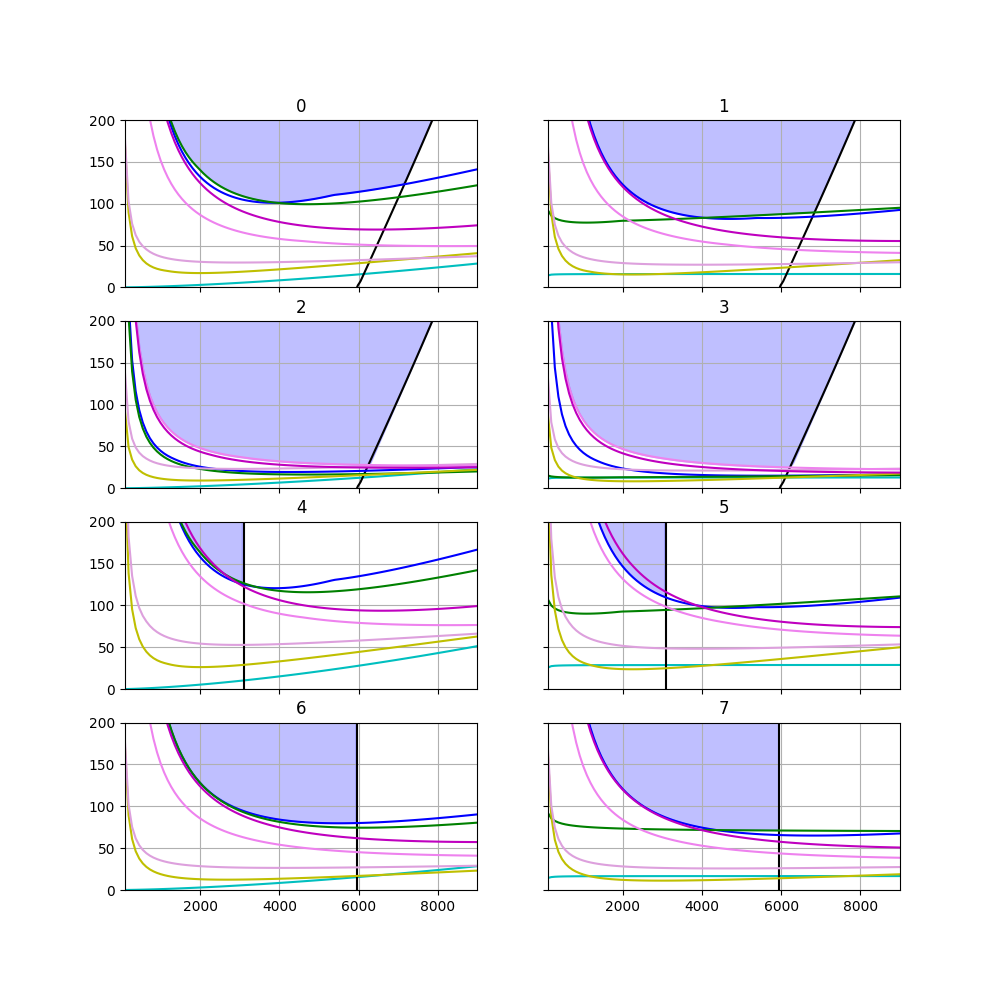
Repository: 12libao/DEA
Script's output: python Sizing_Method/ConstrainsAnalysis/ConstrainsAnalysisPDP1P2.py
The author's editor kept a copy of each file at every save. The script's output is drawn from the files as they stood at one save, then again after a run of saves.
Random numbers start from a fixed seed.

Above is the script's output before, as saved 2021-07-12 15:23:41.

### Sizing_Method/ConstrainsAnalysis/ConstrainsAnalysisPDP1P2.py
# author: Bao Li #
# Georgia Institute of Technology #
import sys
import os

sys.path.insert(0, os.getcwd())

import numpy as np
import matplotlib.pylab as plt
import Sizing_Method.Other.US_Standard_Atmosphere_1976 as atm
import Sizing_Method.Aerodynamics.ThrustLapse as thrust_lapse
import Sizing_Method.Aerodynamics.Aerodynamics as ad
import Sizing_Method.ConstrainsAnalysis.ConstrainsAnalysis as ca


"""
The unit use is IS standard
"""


class ConstrainsAnalysis_Mattingly_Method_with_DP_turbofun:
    """This is a power-based master constraints analysis"""

    def __init__(self, altitude, velocity, beta, wing_load, Hp=0.5, number_of_motor=12, C_DR=0):
        """

        :param beta: weight fraction
        :param Hp: P_motor/P_total
        :param n: number of motor
        :param K1: drag polar coefficient for 2nd order term
        :param K2: drag polar coefficient for 1st order term
        :param C_D0: the drag coefficient at zero lift
        :param C_DR: additional drag caused, for example, by external stores,
        braking parachutes or flaps, or temporary external hardware

        :return:
            power load: P_WTO
        """

        self.h = altitude
        self.v = velocity
        self.rho = atm.atmosphere(geometric_altitude=self.h).density()

        self.beta = beta
        self.hp = 1 - Hp
        self.n = number_of_motor

        # power lapse ratio
        self.alpha = thrust_lapse.thrust_lapse_calculation(altitude=self.h,
                                                           velocity=self.v).high_bypass_ratio_turbofan()

        self.k1 = ad.aerodynamics_without_pd(self.h, self.v).K1()
        self.k2 = ad.aerodynamics_without_pd(self.h, self.v).K2()
        self.cd0 = ad.aerodynamics_without_pd(self.h, self.v).CD_0()
        self.cdr = C_DR

        self.w_s = wing_load
        self.g0 = 9.80665

        self.coefficient = self.beta * self.v / self.alpha

        # Estimation of ΔCL and ΔCD
        pd = ad.aerodynamics_with_pd(
            self.h, self.v, Hp=self.hp, n=n, W_S=self.w_s)
        self.q = 0.5 * self.rho * self.v ** 2
        self.cl = self.beta * self.w_s / self.q
        # print(self.cl)
        self.delta_cl = pd.delta_lift_coefficient(self.cl)
        self.delta_cd0 = pd.delta_CD_0()

    def master_equation(self, n, dh_dt, dV_dt):
        cl = self.cl * n + self.delta_cl

        cd = self.k1 * cl ** 2 + self.k2 * cl + self.cd0 + self.cdr + self.delta_cd0
        p_w = self.coefficient * \
            (self.q / (self.beta * self.w_s) *
             cd + dh_dt / self.v + dV_dt / self.g0)
        return p_w

    def cruise(self):
        p_w = ConstrainsAnalysis_Mattingly_Method_with_DP_turbofun.master_equation(
            self, n=1, dh_dt=0, dV_dt=0)
        return p_w

    def climb(self, roc):
        p_w = ConstrainsAnalysis_Mattingly_Method_with_DP_turbofun.master_equation(
            self, n=1, dh_dt=roc, dV_dt=0)
        return p_w

    def level_turn(self, turn_rate=3, v=100):
        """
        assume 2 min for 360 degree turn, which is 3 degree/seconds
        assume turn at 300 knots, which is about 150 m/s
        """
        load_factor = (1 + ((turn_rate * np.pi / 180)
                       * v / self.g0) ** 2) ** 0.5
        p_w = ConstrainsAnalysis_Mattingly_Method_with_DP_turbofun.master_equation(
            self, n=load_factor, dh_dt=0, dV_dt=0)
        return p_w

    def take_off(self):
        """
        A320neo take-off speed is about 150 knots, which is about 75 m/s
        required runway length is about 2000 m
        K_TO is a constant greater than one set to 1.2 (generally specified by appropriate flying regulations)
        """
        Cl_max_to = 2.3  # 2.3
        K_TO = 1.2  # V_TO / V_stall
        s_G = 1266
        p_w = 2 / 3 * self.coefficient / self.v * self.beta * K_TO ** 2 / (
            s_G * self.rho * self.g0 * Cl_max_to) * self.w_s ** (
            3 / 2)
        return p_w

    def stall_speed(self, V_stall_to=65, Cl_max_to=2.3):
        V_stall_ld = 62

        Cl_max_ld = 2.87

        W_S_1 = 1 / 2 * self.rho * V_stall_to ** 2 * \
            (Cl_max_to + self.delta_cl)
        W_S_2 = 1 / 2 * self.rho * V_stall_ld ** 2 * \
            (Cl_max_ld + self.delta_cl)

        W_S = min(W_S_1, W_S_2)
        return W_S

    def service_ceiling(self, roc=0.5):
        p_w = ConstrainsAnalysis_Mattingly_Method_with_DP_turbofun.master_equation(
            self, n=1, dh_dt=roc, dV_dt=0)
        return p_w

    allFuncs = [take_off, stall_speed, cruise,
                service_ceiling, level_turn, climb]


class ConstrainsAnalysis_Mattingly_Method_with_DP_electric:
    """This is a power-based master constraints analysis

    the difference between turbofun and electric for constrains analysis:
    1. assume the thrust_lapse = 1 for electric propution
    2. hp = 1 - hp_turbofun
    """

    def __init__(self, altitude, velocity, beta, wing_load, Hp=0.5, number_of_motor=12, C_DR=0):
        """

        :param beta: weight fraction
        :param Hp: P_motor/P_total
        :param n: number of motor
        :param K1: drag polar coefficient for 2nd order term
        :param K2: drag polar coefficient for 1st order term
        :param C_D0: the drag coefficient at zero lift
        :param C_DR: additional drag caused, for example, by external stores,
        braking parachutes or flaps, or temporary external hardware

        :return:
            power load: P_WTO
        """

        self.h = altitude
        self.v = velocity
        self.rho = atm.atmosphere(geometric_altitude=self.h).density()

        self.beta = beta
        self.hp = Hp  # this is the difference part compare with turbofun
        self.n = number_of_motor

        # power lapse ratio
        self.alpha = 1  # this is the difference part compare with turbofun

        self.k1 = ad.aerodynamics_without_pd(self.h, self.v).K1()
        self.k2 = ad.aerodynamics_without_pd(self.h, self.v).K2()
        self.cd0 = ad.aerodynamics_without_pd(self.h, self.v).CD_0()
        self.cdr = C_DR

        self.w_s = wing_load
        self.g0 = 9.80665

        self.coefficient = self.beta * self.v / self.alpha

        # Estimation of ΔCL and ΔCD
        pd = ad.aerodynamics_with_pd(
            self.h, self.v, Hp=self.hp, n=n, W_S=self.w_s)
        self.q = 0.5 * self.rho * self.v ** 2
        self.cl = self.beta * self.w_s / self.q
        # print(self.cl)
        self.delta_cl = pd.delta_lift_coefficient(self.cl)
        self.delta_cd0 = pd.delta_CD_0()

    def master_equation(self, n, dh_dt, dV_dt):
        cl = self.cl * n + self.delta_cl

        cd = self.k1 * cl ** 2 + self.k2 * cl + self.cd0 + self.cdr + self.delta_cd0
        p_w = self.coefficient * \
            (self.q / (self.beta * self.w_s) *
             cd + dh_dt / self.v + dV_dt / self.g0)
        return p_w

    def cruise(self):
        p_w = ConstrainsAnalysis_Mattingly_Method_with_DP_electric.master_equation(
            self, n=1, dh_dt=0, dV_dt=0)
        return p_w

    def climb(self, roc):
        p_w = ConstrainsAnalysis_Mattingly_Method_with_DP_electric.master_equation(
            self, n=1, dh_dt=roc, dV_dt=0)
        return p_w

    def level_turn(self, turn_rate=3, v=100):
        """
        assume 2 min for 360 degree turn, which is 3 degree/seconds
        assume turn at 300 knots, which is about 150 m/s
        """
        load_factor = (1 + ((turn_rate * np.pi / 180)
                       * v / self.g0) ** 2) ** 0.5
        p_w = ConstrainsAnalysis_Mattingly_Method_with_DP_electric.master_equation(
            self, n=load_factor, dh_dt=0, dV_dt=0)
        return p_w

    def take_off(self):
        """
        A320neo take-off speed is about 150 knots, which is about 75 m/s
        required runway length is about 2000 m
        K_TO is a constant greater than one set to 1.2 (generally specified by appropriate flying regulations)
        """
        Cl_max_to = 2.3  # 2.3
        K_TO = 1.2  # V_TO / V_stall
        s_G = 1266
        p_w = 2 / 3 * self.coefficient / self.v * self.beta * K_TO ** 2 / (
            s_G * self.rho * self.g0 * Cl_max_to) * self.w_s ** (
            3 / 2)
        return p_w

    def stall_speed(self, V_stall_to=65, Cl_max_to=2.3):
        V_stall_ld = 62

        Cl_max_ld = 2.87

        W_S_1 = 1 / 2 * self.rho * V_stall_to ** 2 * \
            (Cl_max_to + self.delta_cl)
        W_S_2 = 1 / 2 * self.rho * V_stall_ld ** 2 * \
            (Cl_max_ld + self.delta_cl)

        W_S = min(W_S_1, W_S_2)
        return W_S

    def service_ceiling(self, roc=0.5):
        p_w = ConstrainsAnalysis_Mattingly_Method_with_DP_electric.master_equation(
            self, n=1, dh_dt=roc, dV_dt=0)
        return p_w

    allFuncs = [take_off, stall_speed, cruise,
                service_ceiling, level_turn, climb]


class ConstrainsAnalysis_Gudmundsson_Method_with_DP_turbofun:
    """This is a power-based master constraints analysis based on Gudmundsson_method"""

    def __init__(self, altitude, velocity, beta, wing_load, Hp=0.5, number_of_motor=12, e=0.75, AR=10.3):
        """

        :param beta: weight fraction
        :param e: wing planform efficiency factor is between 0.75 and 0.85, no more than 1
        :param AR: wing aspect ratio, normally between 7 and 10

        :return:
            power load: P_WTO
        """

        self.h = altitude
        self.v = velocity
        self.beta = beta
        self.w_s = wing_load
        self.g0 = 9.80665

        self.beta = beta
        self.hp = 1 - Hp
        self.n = number_of_motor

        self.rho = atm.atmosphere(geometric_altitude=self.h).density()

        # power lapse ratio
        self.alpha = thrust_lapse.thrust_lapse_calculation(altitude=self.h,
                                                           velocity=self.v).high_bypass_ratio_turbofan()
        h = 2.43  # height of winglets
        b = 35.8
        # equation 9-88, If the wing has winglets the aspect ratio should be corrected
        ar_corr = AR * (1 + 1.9 * h / b)
        self.k = 1 / (np.pi * ar_corr * e)
        self.coefficient = self.beta * self.v / self.alpha

        # Estimation of ΔCL and ΔCD
        pd = ad.aerodynamics_with_pd(
            self.h, self.v, Hp=self.hp, n=n, W_S=self.w_s)
        self.q = 0.5 * self.rho * self.v ** 2
        cl = self.beta * self.w_s / self.q
        self.delta_cl = pd.delta_lift_coefficient(cl)
        self.delta_cd0 = pd.delta_CD_0()

        # TABLE 3-1 Typical Aerodynamic Characteristics of Selected Classes of Aircraft
        cd_min = 0.02
        cd_to = 0.03
        cl_to = 0.8

        self.v_to = 68
        self.s_g = 1480
        self.mu = 0.04

        self.cd_min = cd_min + self.delta_cd0
        self.cl = cl + self.delta_cl

        self.cd_to = cd_to + self.delta_cd0
        self.cl_to = cl_to + self.delta_cl

    def cruise(self):
        p_w = self.q / self.w_s * (self.cd_min + self.k * self.cl ** 2)
        return p_w * self.coefficient

    def climb(self, roc):
        p_w = roc / self.v + self.q * self.cd_min / self.w_s + self.k * self.cl
        return p_w * self.coefficient

    def level_turn(self, turn_rate=3, v=100):
        """
        assume 2 min for 360 degree turn, which is 3 degree/seconds
        assume turn at 100 m/s
        """
        load_factor = (1 + ((turn_rate * np.pi / 180)
                       * v / self.g0) ** 2) ** 0.5
        q = 0.5 * self.rho * v ** 2
        p_w = q / self.w_s * (self.cd_min + self.k *
                              (load_factor / q * self.w_s + self.delta_cl) ** 2)
        return p_w * self.coefficient

    def take_off(self):
        q = self.q / 2
        p_w = self.v_to ** 2 / (2 * self.g0 * self.s_g) + q * self.cd_to / self.w_s + self.mu * (
            1 - q * self.cl_to / self.w_s)
        return p_w * self.coefficient

    def service_ceiling(self, roc=0.5):
        vy = (2 / self.rho * self.w_s *
              (self.k / (3 * self.cd_min)) ** 0.5) ** 0.5
        q = 0.5 * self.rho * vy ** 2
        p_w = roc / vy + q / self.w_s * \
            (self.cd_min + self.k * (self.w_s / q + self.delta_cl) ** 2)
        # p_w = roc / (2 / self.rho * self.w_s * (self.k / (3 * self.cd_min)) ** 0.5) ** 0.5 + 4 * (
        #         self.k * self.cd_min / 3) ** 0.5
        return p_w * self.coefficient

    def stall_speed(self, V_stall_to=65, Cl_max_to=2.3):
        V_stall_ld = 62

        Cl_max_ld = 2.87

        W_S_1 = 1 / 2 * self.rho * V_stall_to ** 2 * \
            (Cl_max_to + self.delta_cl)
        W_S_2 = 1 / 2 * self.rho * V_stall_ld ** 2 * \
            (Cl_max_ld + self.delta_cl)

        W_S = min(W_S_1, W_S_2)
        return W_S

    allFuncs = [take_off, stall_speed, cruise,
                service_ceiling, level_turn, climb]


class ConstrainsAnalysis_Gudmundsson_Method_with_DP_electric:
    """This is a power-based master constraints analysis based on Gudmundsson_method

    the difference between turbofun and electric for constrains analysis:
    1. assume the thrust_lapse = 1 for electric propution
    2. hp = 1 - hp_turbofun
    """

    def __init__(self, altitude, velocity, beta, wing_load, Hp=0.5, number_of_motor=12, e=0.75, AR=10.3):
        """

        :param beta: weight fraction
        :param e: wing planform efficiency factor is between 0.75 and 0.85, no more than 1
        :param AR: wing aspect ratio, normally between 7 and 10

        :return:
            power load: P_WTO
        """

        self.h = altitude
        self.v = velocity
        self.beta = beta
        self.w_s = wing_load
        self.g0 = 9.80665

        self.beta = beta
        self.hp = Hp  # this is the difference part compare with turbofun
        self.n = number_of_motor

        self.rho = atm.atmosphere(geometric_altitude=self.h).density()

        # power lapse ratio
        self.alpha = 1  # this is the difference part compare with turbofun

        h = 2.43  # height of winglets
        b = 35.8
        # equation 9-88, If the wing has winglets the aspect ratio should be corrected
        ar_corr = AR * (1 + 1.9 * h / b)
        self.k = 1 / (np.pi * ar_corr * e)
        self.coefficient = self.beta * self.v / self.alpha

        # Estimation of ΔCL and ΔCD
        pd = ad.aerodynamics_with_pd(
            self.h, self.v, Hp=self.hp, n=n, W_S=self.w_s)
        self.q = 0.5 * self.rho * self.v ** 2
        cl = self.beta * self.w_s / self.q
        self.delta_cl = pd.delta_lift_coefficient(cl)
        self.delta_cd0 = pd.delta_CD_0()

        # TABLE 3-1 Typical Aerodynamic Characteristics of Selected Classes of Aircraft
        cd_min = 0.02
        cd_to = 0.03
        cl_to = 0.8

        self.v_to = 68
        self.s_g = 1480
        self.mu = 0.04

        self.cd_min = cd_min + self.delta_cd0
        self.cl = cl + self.delta_cl

        self.cd_to = cd_to + self.delta_cd0
        self.cl_to = cl_to + self.delta_cl

    def cruise(self):
        p_w = self.q / self.w_s * (self.cd_min + self.k * self.cl ** 2)
        return p_w * self.coefficient

    def climb(self, roc):
        p_w = roc / self.v + self.q * self.cd_min / self.w_s + self.k * self.cl
        return p_w * self.coefficient

    def level_turn(self, turn_rate=3, v=100):
        """
        assume 2 min for 360 degree turn, which is 3 degree/seconds
        assume turn at 100 m/s
        """
        load_factor = (1 + ((turn_rate * np.pi / 180)
                       * v / self.g0) ** 2) ** 0.5
        q = 0.5 * self.rho * v ** 2
        p_w = q / self.w_s * (self.cd_min + self.k *
                              (load_factor / q * self.w_s + self.delta_cl) ** 2)
        return p_w * self.coefficient

    def take_off(self):
        q = self.q / 2
        p_w = self.v_to ** 2 / (2 * self.g0 * self.s_g) + q * self.cd_to / self.w_s + self.mu * (
            1 - q * self.cl_to / self.w_s)
        return p_w * self.coefficient

    def service_ceiling(self, roc=0.5):
        vy = (2 / self.rho * self.w_s *
              (self.k / (3 * self.cd_min)) ** 0.5) ** 0.5
        q = 0.5 * self.rho * vy ** 2
        p_w = roc / vy + q / self.w_s * \
            (self.cd_min + self.k * (self.w_s / q + self.delta_cl) ** 2)
        # p_w = roc / (2 / self.rho * self.w_s * (self.k / (3 * self.cd_min)) ** 0.5) ** 0.5 + 4 * (
        #         self.k * self.cd_min / 3) ** 0.5
        return p_w * self.coefficient

    def stall_speed(self, V_stall_to=65, Cl_max_to=2.3):
        V_stall_ld = 62

        Cl_max_ld = 2.87

        W_S_1 = 1 / 2 * self.rho * V_stall_to ** 2 * \
            (Cl_max_to + self.delta_cl)
        W_S_2 = 1 / 2 * self.rho * V_stall_ld ** 2 * \
            (Cl_max_ld + self.delta_cl)
        W_S = min(W_S_1, W_S_2)
        return W_S

    allFuncs = [take_off, stall_speed, cruise,
                service_ceiling, level_turn, climb]

if __name__ == "__main__":
    n = 100
    w_s = np.linspace(100, 9000, n)
    constrains_name = ['take off', 'stall speed', 'cruise', 'service ceiling', 'level turn @3000m',
                       'climb @S-L', 'climb @3000m', 'climb @7000m']
    constrains = np.array([[0, 68, 0.988, 0.5], [0, 80, 1, 0.5], [11300, 230, 0.948, 0.8],
                           [11900, 230, 0.78, 0.5], [3000, 100, 0.984, 0.8], [0, 100, 0.984, 0.5],
                           [3000, 200, 0.975, 0.6], [7000, 230, 0.96, 0.8]])
    color = ['c', 'k', 'b', 'g', 'y', 'plum', 'violet', 'm']
    label = ['feasible region with PD', 'feasible region with PD', 'feasible region Gudmundsson',
             'feasible region without PD', 'feasible region without PD', 'feasible region Mattingly']
    methods = [ConstrainsAnalysis_Mattingly_Method_with_DP_turbofun,
               ConstrainsAnalysis_Gudmundsson_Method_with_DP_turbofun,
               ConstrainsAnalysis_Mattingly_Method_with_DP_electric,
               ConstrainsAnalysis_Gudmundsson_Method_with_DP_electric,
               ca.ConstrainsAnalysis_Mattingly_Method,
               ca.ConstrainsAnalysis_Gudmundsson_Method,
               ca.ConstrainsAnalysis_Mattingly_Method,
               ca.ConstrainsAnalysis_Gudmundsson_Method]
    subtitle = ["0", "1",'2','3','4','5','6','7']
    m = constrains.shape[0]
    p_w = np.zeros([m, n, 8])

    # plots
    fig, ax = plt.subplots(4, 2, sharex=True, sharey=True, figsize=(10, 10))
    ax = ax.flatten()
    for k in range(8):
        for i in range(m):
            for j in range(n):
                h = constrains[i, 0]
                v = constrains[i, 1]
                beta = constrains[i, 2]
                hp = constrains[i, 3]

                # calculate p_w
                if k < 4:
                    problem = methods[k](h, v, beta, w_s[j], hp)
                    if i >= 5:
                        p_w[i, j, k] = problem.allFuncs[-1](problem, roc=15 - 5 * (i - 5))
                    else:
                        p_w[i, j, k] = problem.allFuncs[i](problem)
                elif k > 5:
                    problem = methods[k](h, v, beta, w_s[j])
                    if i >= 5:
                        p_w[i, j, k] = problem.allFuncs[-1](problem, roc=15 - 5 * (i - 5))
                    else:
                        p_w[i, j, k] = problem.allFuncs[i](problem)
                elif k == 4:
                    if i == 1:
                        p_w[i, j, 4] = ConstrainsAnalysis_Mattingly_Method_with_DP_turbofun(
                            h, v, beta, w_s[j], hp).allFuncs[i](problem)
                    else:
                        p_w[i, j, 4] = p_w[i, j, 0] + p_w[i, j, 2]
                else:
                    if i == 1:
                        p_w[i, j, 5] = ConstrainsAnalysis_Gudmundsson_Method_with_DP_turbofun(
                            h, v, beta, w_s[j], hp).allFuncs[i](problem)
                    else:
                        p_w[i, j, 5] = p_w[i, j, 1] + p_w[i, j, 3]

            if i == 1:
                ax[k].plot(p_w[i, :, k], np.linspace(0, 250, n), color=color[i], label=constrains_name[i])
            else:
                ax[k].plot(w_s, p_w[i, :, k], color=color[i], label=constrains_name[i])
        p_w[1, :, k] = 200 / (p_w[1, -1, k] - p_w[1, 20, k]) * (w_s - p_w[1, 2, k])
        ax[k].fill_between(w_s, np.amax(p_w[0:m - 1, :, k], axis=0), 200, color='b', alpha=0.25)
        # plt.xlabel('Wing Load: $W_{TO}$/S (N/${m^2}$)')
        # plt.ylabel('Power-to-Load: $P_{SL}$/$W_{TO}$ (W/N)')
        # ax[k].legend(bbox_to_anchor=(1.002, 1), loc="upper left")
        # plt.gca().add_artist(l1)
        ax[k].set_xlim(100, 9000)
        ax[k].set_ylim(0, 200)
        # plt.tight_layout()
        ax[k].set_title(subtitle[k])
        ax[k].grid()
    plt.show()

### Sizing_Method/Aerodynamics/MachNmuber.py
# author: Bao Li #
# Georgia Institute of Technology #
import sys
import os

sys.path.insert(0, os.getcwd())

import numpy as np
import matplotlib.pylab as plt
import Sizing_Method.Other.US_Standard_Atmosphere_1976 as atm


class mach:
    """Mach Number"""

    def __init__(self, altitude, velocity):
        """

        :input h (m): altitude
               v (m/s): velocity

        :output a: Mach number
        """
        self.h = altitude
        self.v = velocity
        self.atoms = atm.atmosphere(self.h)

    def mach_number(self):
        a = self.v / self.atoms.sound_speed()
        return a

Loaded but not shown: Sizing_Method/ConstrainsAnalysis/ConstrainsAnalysis.py (274 lines, source omitted); Sizing_Method/Aerodynamics/Aerodynamics.py (174 lines, source omitted); Sizing_Method/Other/US_Standard_Atmosphere_1976.py (166 lines, source omitted); Sizing_Method/Aerodynamics/ThrustLapse.py (91 lines, source omitted)

After the next 2 saves:
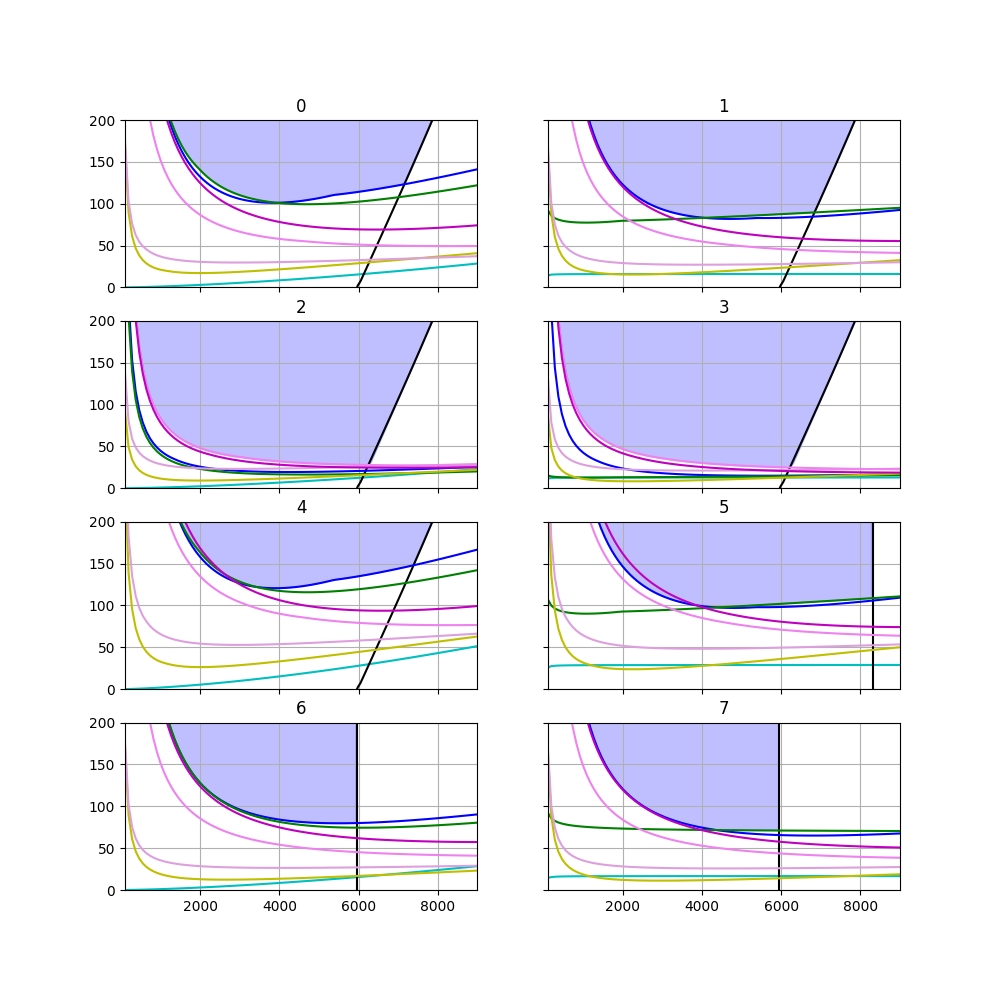
The 2 saves are shown as one change because 1 did not build or start.
The last was saved 4 min 21 s later.
--- a/Sizing_Method/ConstrainsAnalysis/ConstrainsAnalysisPDP1P2.py
+++ b/Sizing_Method/ConstrainsAnalysis/ConstrainsAnalysisPDP1P2.py
@@ -496,8 +496,8 @@ if __name__ == "__main__":
                ConstrainsAnalysis_Gudmundsson_Method_with_DP_turbofun,
                ConstrainsAnalysis_Mattingly_Method_with_DP_electric,
                ConstrainsAnalysis_Gudmundsson_Method_with_DP_electric,
-               ca.ConstrainsAnalysis_Mattingly_Method,
-               ca.ConstrainsAnalysis_Gudmundsson_Method,
+               ConstrainsAnalysis_Mattingly_Method_with_DP_turbofun,
+               ConstrainsAnalysis_Gudmundsson_Method_with_DP_turbofun,
                ca.ConstrainsAnalysis_Mattingly_Method,
                ca.ConstrainsAnalysis_Gudmundsson_Method]
     subtitle = ["0", "1",'2','3','4','5','6','7']
@@ -530,6 +530,7 @@ if __name__ == "__main__":
                         p_w[i, j, k] = problem.allFuncs[i](problem)
                 elif k == 4:
                     if i == 1:
+                        problem = methods[k](h, v, beta, w_s[j], hp)
                         p_w[i, j, 4] = ConstrainsAnalysis_Mattingly_Method_with_DP_turbofun(
                             h, v, beta, w_s[j], hp).allFuncs[i](problem)
                     else:
